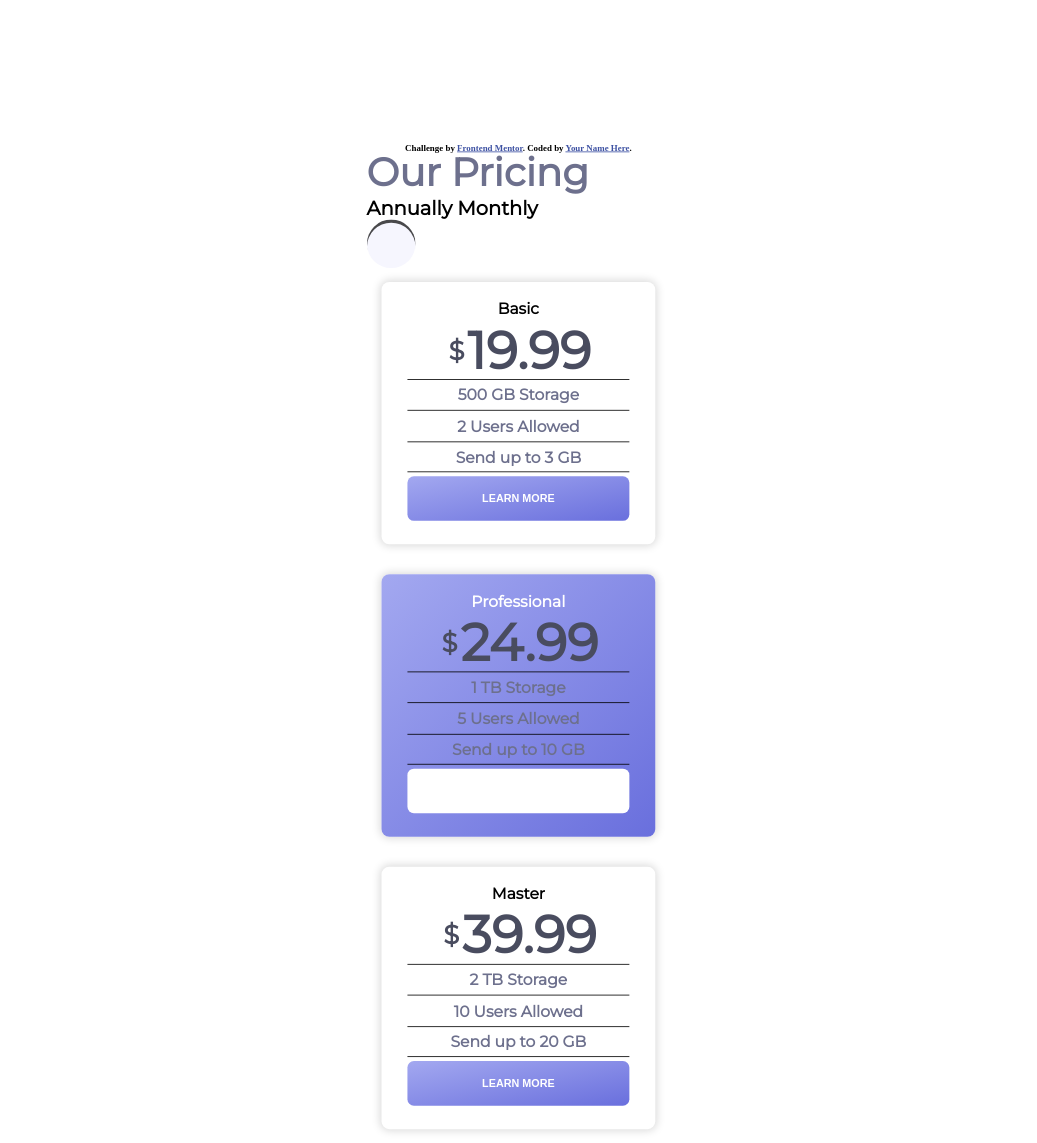
Repository: JuzzJoel/pricing-component-with-toggle-master
Page: index.html
These files come from the project's save history. The page is drawn as it stood at one moment and after a run of saves; the edit follows.
The browser window is 1280 px wide. The pictures show the whole page, at 81% of full size.

Above is the page before, as saved 2025-05-24 11:34:03.

### index.html
<!DOCTYPE html>
<html lang="en">
<head>
  <meta charset="UTF-8">
  <meta name="viewport" content="width=device-width, initial-scale=1.0"> <!-- displays site properly based on user's device -->

  <link rel="icon" type="image/png" sizes="32x32" href="./images/favicon-32x32.png">
  <link rel="preconnect" href="https://fonts.googleapis.com">
  <link rel="preconnect" href="https://fonts.gstatic.com" crossorigin>
  <link
    href="https://fonts.googleapis.com/css2?family=Montserrat:ital,wght@700"
    rel="stylesheet">
  <title>Frontend Mentor | [pricing-component-with-toggle-master]</title>
  <style>
    :root{

      --linear-gradient: linear-gradient(to bottom right, hsl(236, 72%, 79%), hsl(237, 63%, 64%));

--clr-pri: hsl(240, 78%, 98%);
--clr-pri-acc: hsl(234, 14%, 74%);
--clr-sec: hsl(233, 13%, 49%);
--clr-sec-acc: hsl(232, 13%, 33%);
    }
*,
*::before,
*::after {
    box-sizing: border-box;
}

* {
    margin: 0;
    padding: 0;
    box-sizing: border-box;
}
.visually-hidden:not(:focus):not(:active) {
  clip: rect(0 0 0 0);
  clip-path: inset(50%);
  height: 1px;
  overflow: hidden;
  position: absolute;
  white-space: nowrap;
  width: 1px;
}
    .attribution { font-size: 11px; text-align: center;height: 1vh; }
    .attribution a { color: hsl(228, 45%, 44%); }
body{
  font-size: 0.95rem;
  font-weight: 700;
width: 100vw;
height: 150vh;
display: flex;
align-items: center;
justify-content: center;
flex-direction: column;
}


.container{
  width: 375px;
  height: 100vh;
  font-family: "Montserrat", sans-serif;

}
  .pricing-header{
font-size: 1.5rem;
  }
  .pricing-header h1{
    color: var(--clr-sec);

  }
    .toggle-box{

    }

     .toggle-container{
      width: 50px;
      height: 50px;
      position: relative;
      background: var(--clr-pri);
      padding: 30px;
      border-radius: 3rem;

      box-shadow: inset 0 4px 0 0 rgba(0, 0, 0, 0.7);
     }
     .toggle-slider{
      position: absolute;
      border-radius: 50%;
      left: 10px;
      top: 5px;
     }
     input[type="radio"]{
      display: none;
     }

       .pricing{

       }


   .content-body{
    display: flex;
    flex-direction: column;
    align-items: center;
    width: 100%;
    height: 150vh;
   }
   .content{
    display: flex;
    flex-direction: column;
    align-items: center;
    justify-content: space-evenly;
    width: 90%;
    gap: 20px;
    height: 100%;
   }
   .card-container{
    display: flex;
    flex-direction: column;
    align-items: center;
    justify-content: center;
    width: 100%;
    border-radius: .6rem;

    box-shadow: 0 0 .625rem .125rem rgba(0, 0, 0, 0.15);
    height: 30%;
   }
   .card-container:nth-child(2){
  background: var(--linear-gradient);
   }    .card{
          display: flex;
          flex-direction: column;
          align-items: center;
          justify-content: space-between;
          width: 90%;
          height: 85%;
          font-family: "Montserrat", sans-serif;
        }
        .card>*{
          width: inherit;
          display: flex;
          align-items: center;
          justify-content: center;
        }
          .rows-head{
            height: 35%;
            display: flex;
            flex-direction: column;
            align-items: center;
            justify-content: center;
          }
          .rows-head p{
           font-size: 1.2rem;
          }
          .rows-head h1{
            font-size: 4rem;
            color: var(--clr-sec-acc);
            display: flex;
            align-items: center;
           } .rows-head h1 span{
            font-size: 2rem;
            color: var(--clr-sec-acc);
            margin-right: 2%;
           }
          .rows{
            height: 15%;
            border: 1px   solid black;
            border-left: none;
            border-right: none;
            color: var(--clr-sec);
            font-size: 1.2rem;
          }
          .rows:nth-child(3){
            border: none;
          }
          .rows-button{
            height: 25%;
            display: flex;
            align-items: center;
            justify-content: center;
          }
  button{
    width: 100%;
    display: flex;
    align-items: center;
    justify-content: center;
    border-radius: .5rem;
    border: none;
    padding: 1.25rem 2.5rem;
    text-transform: uppercase;
    color: white;
background: var(--linear-gradient);
    font-weight: 700;
  }
  .card-container:nth-child(2)>*,
  .card-container:nth-child(2).rows
  {
    color: white;
  }
  .card-container:nth-child(2) button{
background: white;
color:var(--linear-gradient);
  }

          @media(min-width:1440px){
            .content{
              flex-direction: row;
              justify-content: space-between;
             }
          }
  </style>
</head>
<body>
  <div class="attribution">
    Challenge by <a href="https://www.frontendmentor.io?ref=challenge" target="_blank">Frontend Mentor</a>.
    Coded by <a href="#">Your Name Here</a>.
  </div>


  <div class="container">
    <div class="pricing-header">
      <h1>Our Pricing</h1>
      <div class="toggle-box">
        Annually
        Monthly
        <div class="toggle-container">

          <input type="radio" class="pricing" id="price-annnual">
          <label for="price-annual"></label>

          <input type="radio" class="pricing" id="price-month">
          <label for="price-month"></label>

          <div class="toggle-slider"></div>
        </div>
      </div>
      <div class="content-body">
        <div class="content">
          <div class="card-container">
<div class="card">
            <div class="rows-head">
              <p>Basic</p>
         <h1>  <span>&dollar;</span>
          19.99
           <i class="visually-hidden">&dollar;199.99</i>
           </h1>
          </div>
            <div class="rows">500 GB Storage</div>
            <div class="rows">2 Users Allowed</div>
            <div class="rows">Send up to 3 GB</div>
            <div class="rows-button"><button>Learn More</button></div>
          </div>
          </div>

          <div class="card-container">
            <div class="card">
            <div class="rows-head">
              <p>Professional</p>
              <h1> <span>&dollar;</span>24.99
                <i class="visually-hidden">&dollar;249.99</i>
           </h1>
          </div>
            <div class="rows">1 TB Storage</div>
            <div class="rows">5 Users Allowed</div>
            <div class="rows">Send up to 10 GB</div>
            <div class="rows-button"><button>Learn More</button></div>
          </div>
          </div>
          <div class="card-container">
            <div class="card">
            <div class="rows-head">
              <p>Master</p>
              <h1> <span>&dollar;</span>39.99
                <i class="visually-hidden">&dollar;399.99</i>
          </h1>
          </div>
            <div class="rows">2 TB Storage</div>
            <div class="rows">10 Users Allowed</div>
            <div class="rows">Send up to 20 GB</div>
            <div class="rows-button"><button>Learn More</button></div>
          </div>
          </div>
        </div>
      </div>
    </div>
  </div>


</body>
</html>

After the next 2 saves:
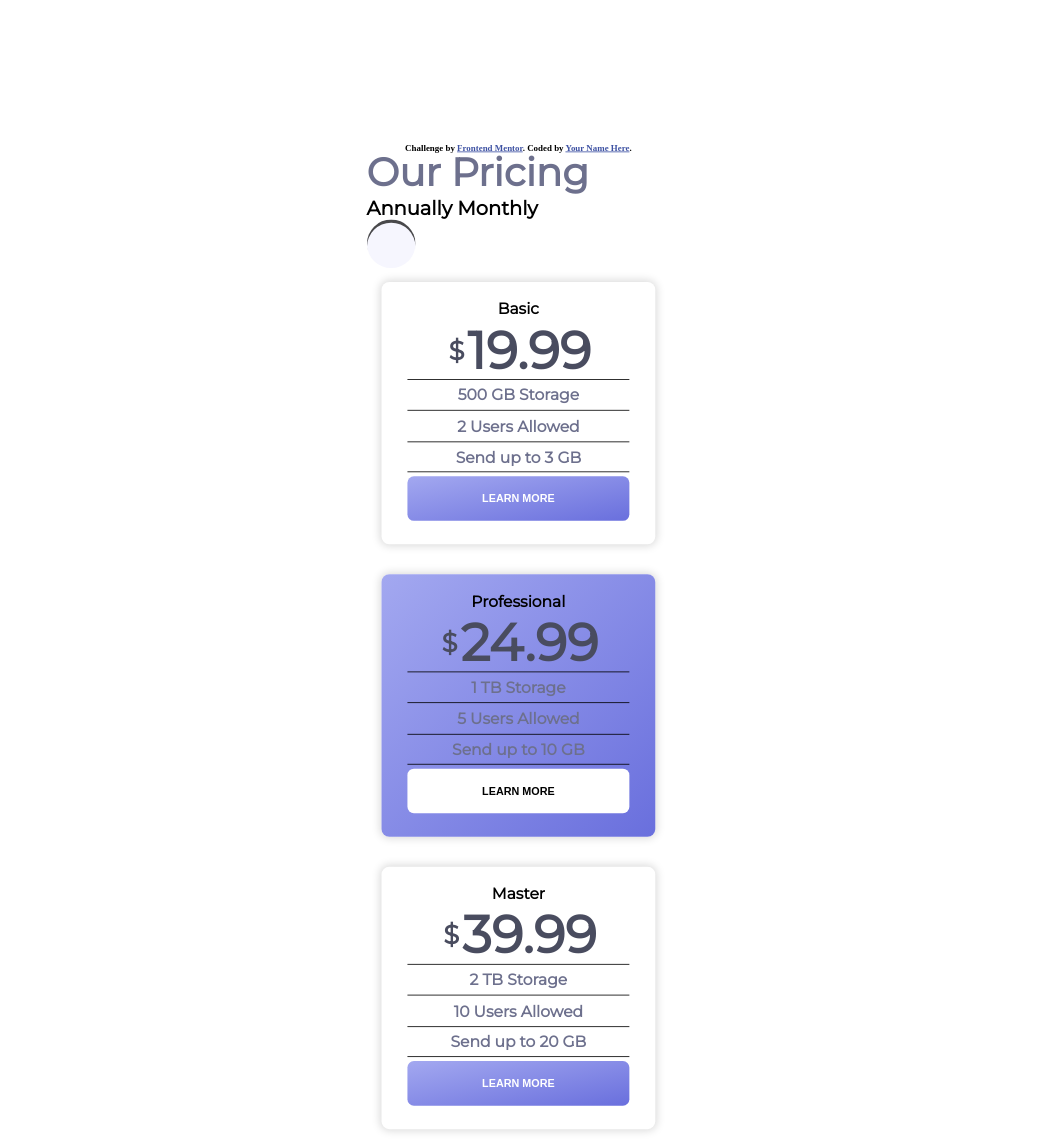
The 2 saves are shown as one change because they came seconds apart.
The last was saved 7 s later.
--- a/index.html
+++ b/index.html
@@ -191,7 +191,6 @@ font-size: 1.5rem;
 background: var(--linear-gradient);
     font-weight: 700;
   }
-  .card-container:nth-child(2)>*,
   .card-container:nth-child(2).rows
   {
     color: white;
